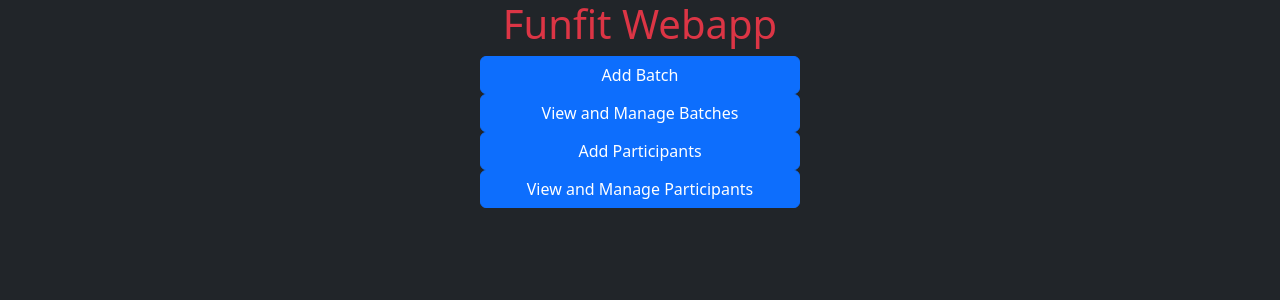
Repository: Jannis-Buschhaus/simplilearn-assessment-phase2
Page: http://localhost/FunfitWebapp/
The author's editor kept a copy of each file at every save. The page is drawn from the files as they stood at one save, then again after the next save.
The browser window is 1280 px wide. The pictures show the whole page.
The page is served by Tomcat 9.

Above is the page before, as saved 2024-05-30 14:22:03.

After the next save:
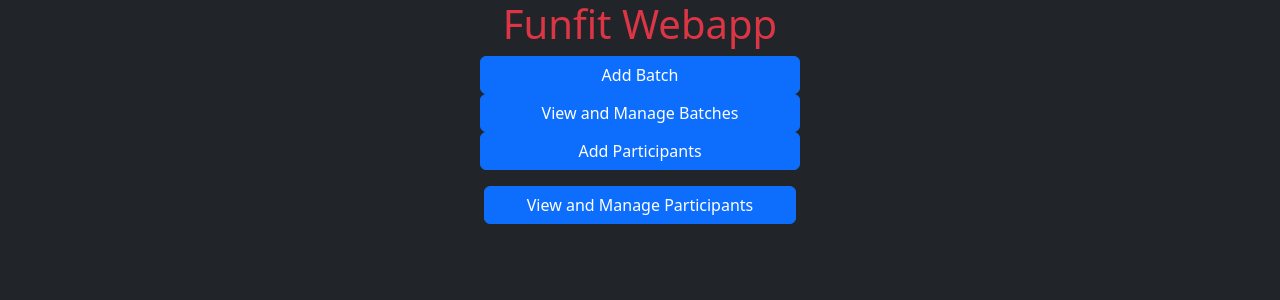
Saved 57 s later.
--- a/FunfitWebapp/src/main/webapp/index.jsp
+++ b/FunfitWebapp/src/main/webapp/index.jsp
@@ -19,7 +19,7 @@
 	<div class="text-center">
 		<a class="btn btn-primary w-25 text-center" href="ParticipantsController?target=addParticipant">Add Participants</a><br />
 	</div>
-	<div class="text-center">
+	<div class="text-center m-3">
 		<a class="btn btn-primary w-25 text-center" href="ParticipantsController?target=viewParticipant">View and Manage Participants</a><br />
 	</div>
 </body>
